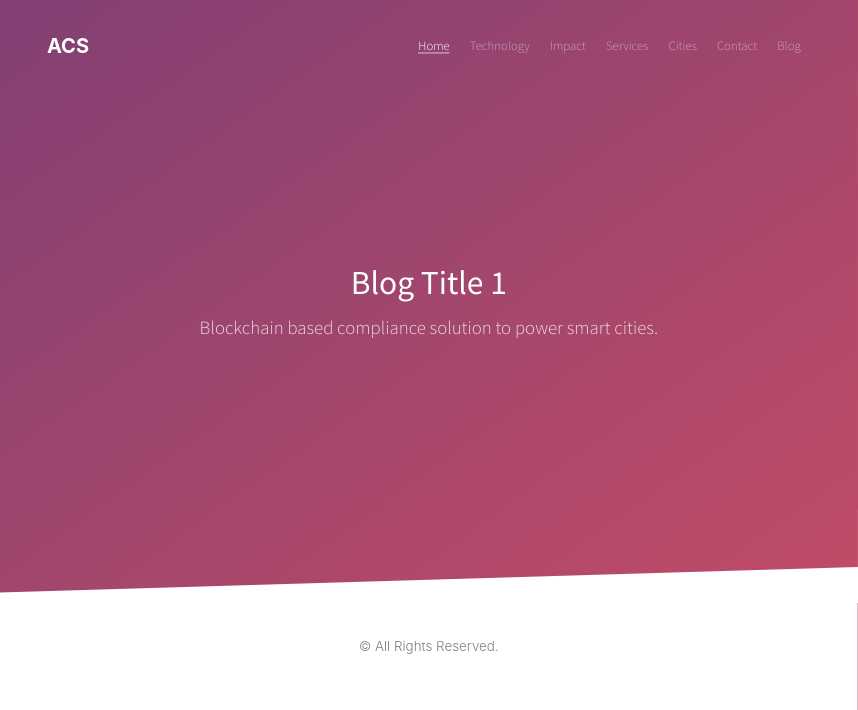
Repository: agarwalrahul-22/acs
Page: /blog
These files come from the project's save history. The page is drawn as it stood at one moment and after a run of saves; the edit follows.
The browser window is 1280 px wide. The pictures show the whole page, at 67% of full size.
Some web fonts or font styles are not loaded; a fallback is used. The project was rebuilt for these pictures with package versions that can differ from the ones it lists, and the page was loaded fresh each time. Also part of the build but not shown: src/components/main/LandingComponent.js, src/components/main/TechComponent.js, src/components/main/ImpactComponent.js, src/components/main/ServicesComponent.js, src/components/main/CitiesComponent.js, src/components/MainComponent.js.

Above is the page before, as saved 2022-10-10 21:53:31.

After the next 2 saves:
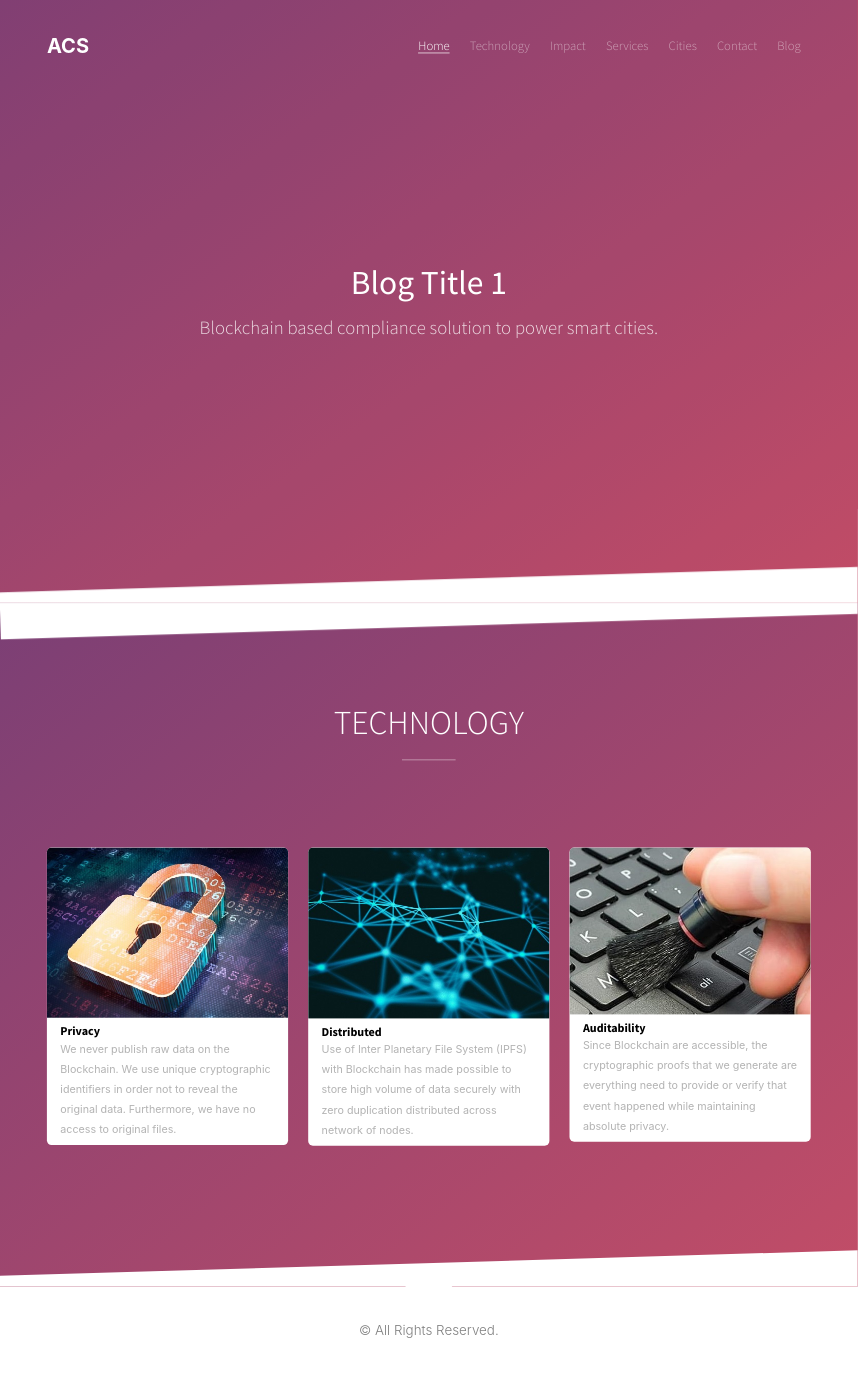
The 2 saves are shown as one change because 1 did not build or start.
The last was saved 2 min 5 s later.
--- a/src/components/BlogComponent.js
+++ b/src/components/BlogComponent.js
@@ -5,6 +5,9 @@ import img7 from "../images/img_7.jpg";
 import img8 from "../images/img_8.jpg";
 import img10 from "../images/img_10.jpg";
 import fullimage2 from "../images/full_image_2.jpg";
+import privacy from "../images/privacy_acs.jpg";
+import distributed from "../images/distributed_acs.jpg";
+import audit from "../images/audit_acs.jpg";
 function BlogComponent() {
   return (
     <div>
@@ -27,7 +30,69 @@ function BlogComponent() {
         </div>
         <div className="slant"></div>
       </section>
+      <section id="fh5co-work" data-section="three">
+        <div className="container">
+          <div className="row">
+            <div className="col-md-12 section-heading text-center">
+              <h2 className="to-animate">Technology</h2>
+            </div>
+          </div>
+          <div className="row row-bottom-padded-sm">
+            <div className="col-md-4 col-sm-6 col-xxs-12">
+              <a
+                href={privacy}
+                className="fh5co-project-item image-popup to-animate"
+              >
+                <img src={privacy} alt="Image" className="img-responsive" />
+                <div className="fh5co-text">
+                  <h2>Privacy</h2>
+                  <span>
+                    We never publish raw data on the Blockchain. We use unique
+                    cryptographic identifiers in order not to reveal the
+                    original data. Furthermore, we have no access to original
+                    files.
+                  </span>
+                </div>
+              </a>
+            </div>
+            <div className="col-md-4 col-sm-6 col-xxs-12">
+              <a
+                href={distributed}
+                className="fh5co-project-item image-popup to-animate"
+              >
+                <img src={distributed} alt="Image" className="img-responsive" />
+                <div className="fh5co-text">
+                  <h2>Distributed</h2>
+                  <span>
+                    Use of Inter Planetary File System (IPFS) with Blockchain
+                    has made possible to store high volume of data securely with
+                    zero duplication distributed across network of nodes.
+                  </span>
+                </div>
+              </a>
+            </div>
 
+            <div className="clearfix visible-sm-block"></div>
+
+            <div className="col-md-4 col-sm-6 col-xxs-12">
+              <a
+                href={audit}
+                className="fh5co-project-item image-popup to-animate"
+              >
+                <img src={audit} alt="Image" className="img-responsive" />
+                <div className="fh5co-text">
+                  <h2>Auditability</h2>
+                  <span>
+                    Since Blockchain are accessible, the cryptographic proofs
+                    that we generate are everything need to provide or verify
+                    that event happened while maintaining absolute privacy.
+                  </span>
+                </div>
+              </a>
+            </div>
+          </div>
+        </div>
+      </section>
     </div>
   );
 }
